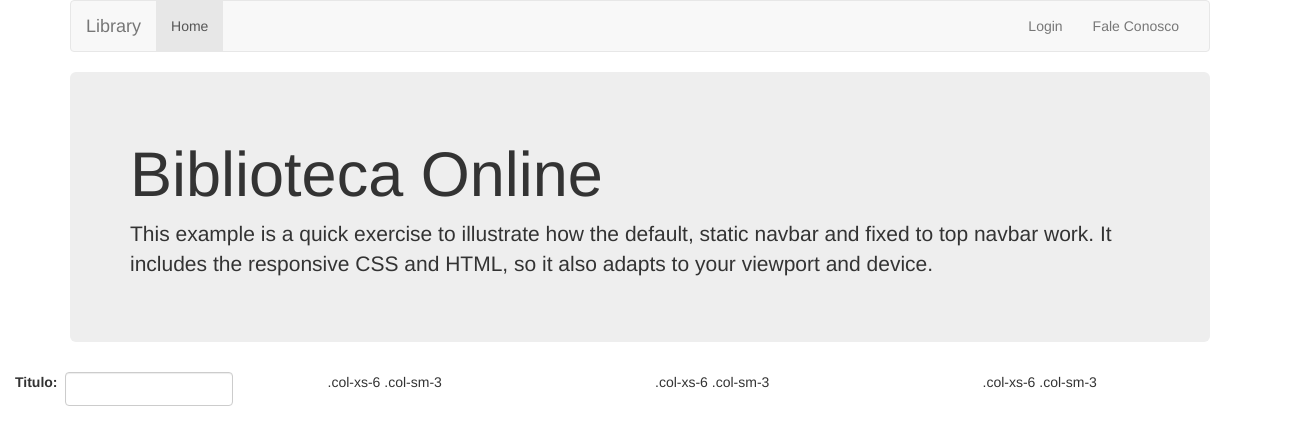
Repository: stefanyco/biblioteca
Page: http://localhost/Biblioteca/home.jsp
The author's editor kept a copy of each file at every save. The page is drawn from the files as they stood at one save, then again after the next save.
The browser window is 1280 px wide. The page is 1295 px wide, so the pictures cover 1295 px, including what lies to the right of the window. The pictures show the whole page.
The page is served by Tomcat 9.

Above is the page before, as saved 2016-11-07 22:56:36.

After the next save:
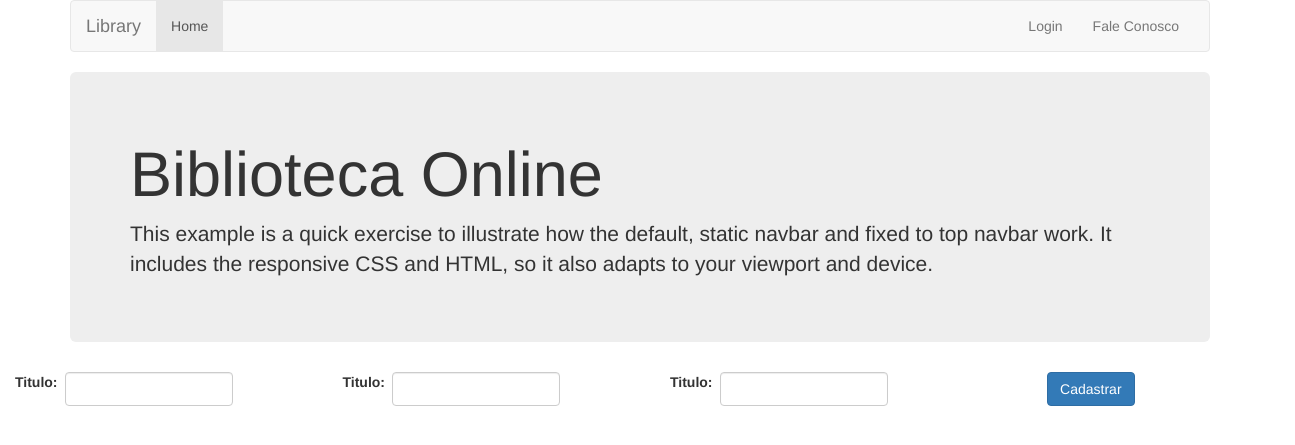
Saved 44 s later.
--- a/Sistema Biblioteca/Biblioteca/WebContent/home.jsp
+++ b/Sistema Biblioteca/Biblioteca/WebContent/home.jsp
@@ -50,13 +50,39 @@
 						</div>
 					</div>
 		</div>
-		<div class="col-xs-6 col-sm-3">.col-xs-6 .col-sm-3</div>
+		<div class="col-xs-6 col-sm-3">
+			<div class="form-group">
+						<label for="titulo" class="col-xs-2 control-label">Titulo:</label>
+						<div class="col-xs-8">
+							<input type="text" class="form-control" name="titulo" required maxlength="50">
+						</div>
+					</div>
+		</div>
 
-		<!-- Add the extra clearfix for only the required viewport -->
-		<div class="clearfix visible-xs-block"></div>
+		<div class="clearfix visible-xs-block">
+			<div class="form-group">
+						<label for="titulo" class="col-xs-2 control-label">Titulo:</label>
+						<div class="col-xs-8">
+							<input type="text" class="form-control" name="titulo" required maxlength="50">
+						</div>
+					</div>
+		</div>
 
-		<div class="col-xs-6 col-sm-3">.col-xs-6 .col-sm-3</div>
-		<div class="col-xs-6 col-sm-3">.col-xs-6 .col-sm-3</div>
+		<div class="col-xs-6 col-sm-3">
+			<div class="form-group">
+						<label for="titulo" class="col-xs-2 control-label">Titulo:</label>
+						<div class="col-xs-8">
+							<input type="text" class="form-control" name="titulo" required maxlength="50">
+						</div>
+					</div>
+		</div>
+		<div class="col-xs-6 col-sm-3">
+			<div class="form-group">
+						<div class="col-xs-offset-2 col-xs-10">
+							<button type="submit" class="btn btn-primary">Cadastrar</button>
+						</div>
+					</div>
+		</div>
 	</div>
 </body>
 </html>
